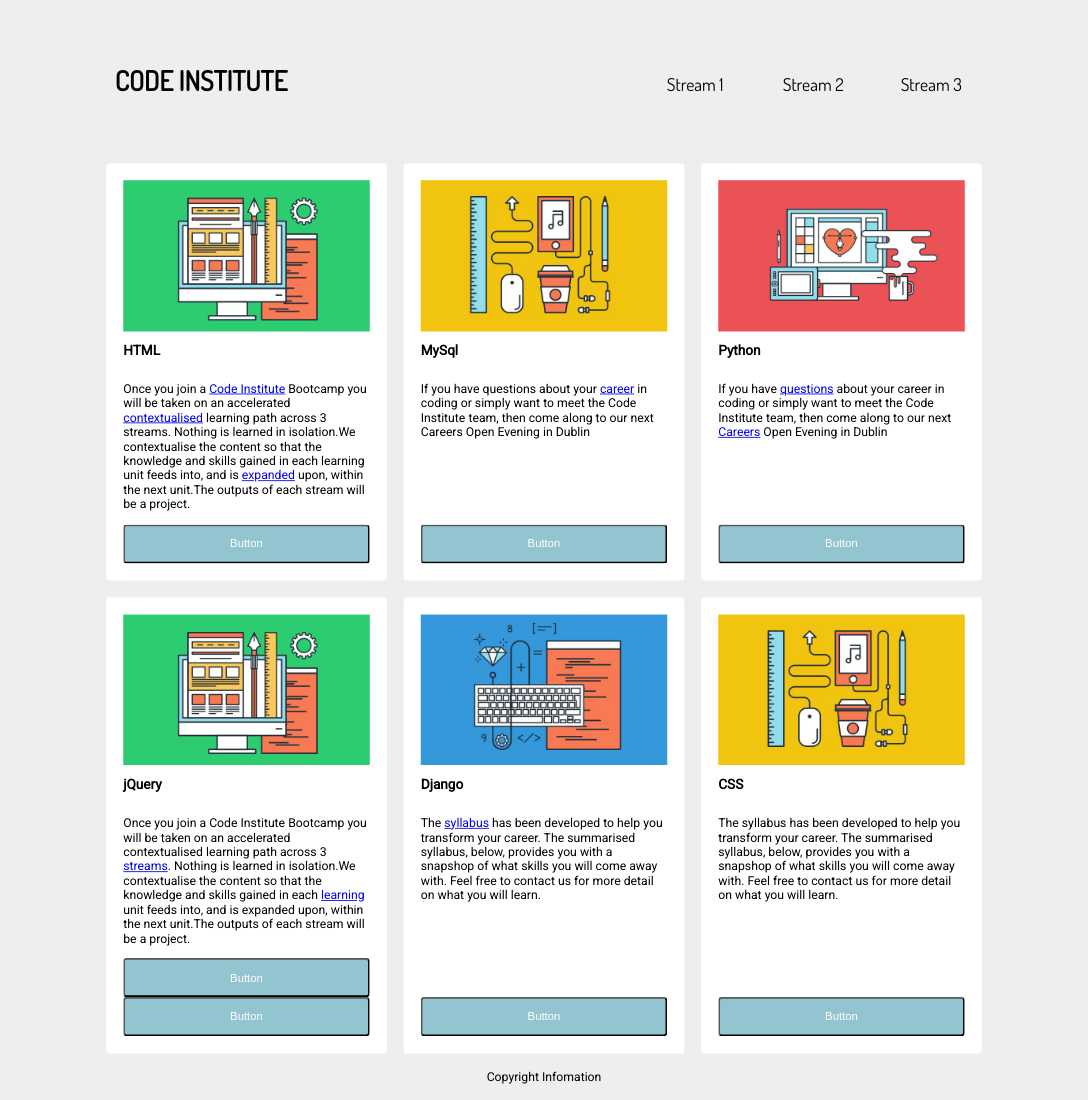
Repository: laurence100795/JQuery-Basics
Page: cards.html
The author's editor kept a record of every edit. The page is drawn from the files as they stood at one moment, then again after the next edit.
The browser window is 1280 px wide. The pictures show the whole page, at 85% of full size.
Some web libraries are served in a nearby version.

Above is the page before.

After the next edit:
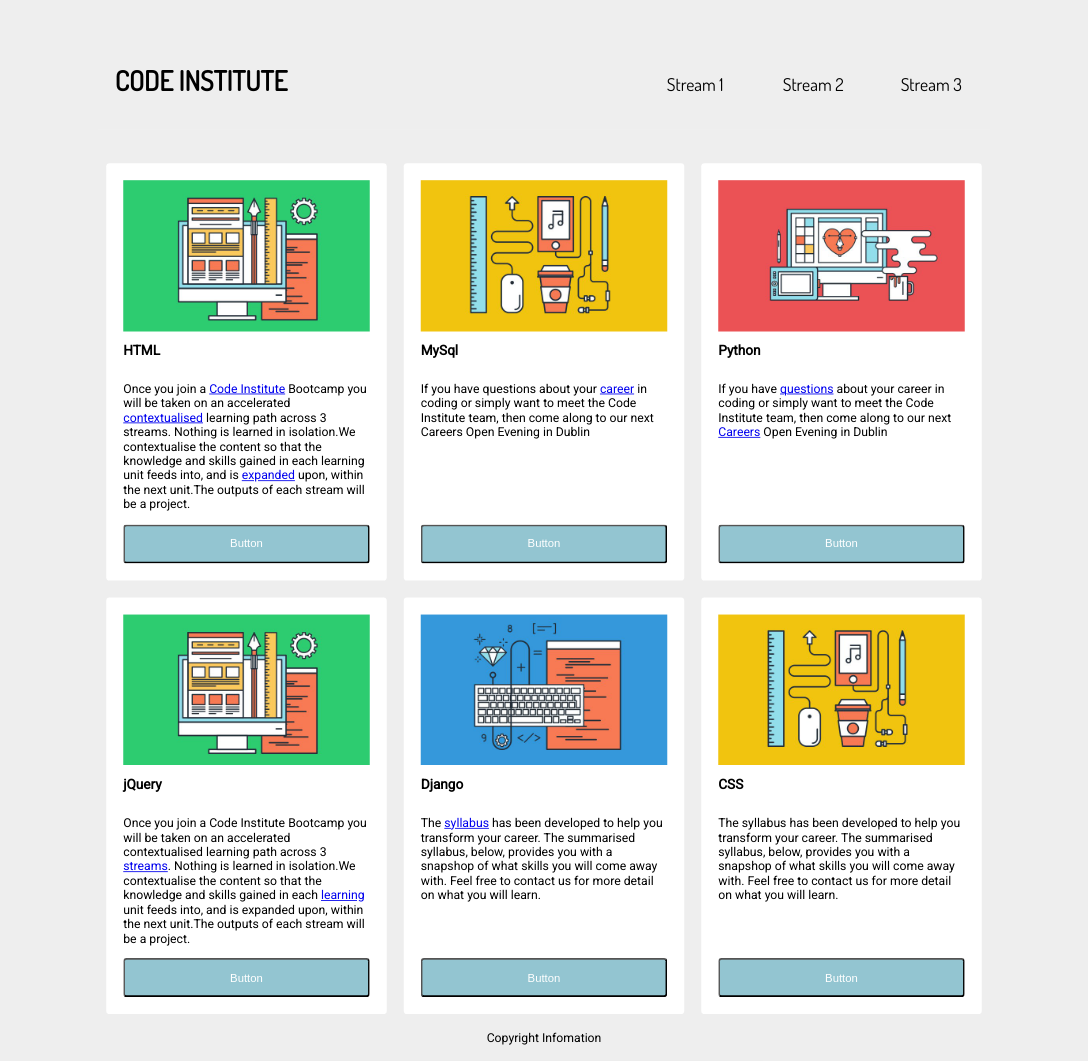
The edit:
--- a/cards.html
+++ b/cards.html
@@ -48,7 +48,6 @@
 				<h2 id="hl_jquery" class="card_head">jQuery</h2>
 				<p id="fourth_para" class="card_para">Once you join a Code Institute Bootcamp you will be taken on an accelerated contextualised learning path across 3 <a href="#">streams</a>. Nothing is learned in isolation.We contextualise the content so that the knowledge and skills gained in each
 					<a href="#">learning</a> unit feeds into, and is expanded upon, within the next unit.The outputs of each stream will be a project. </p>
-				<button class="bottom_button">Button</button>
 				<button id="fourth_button" class="bottom_button">Button</button>
 			</div>
 		</div>
